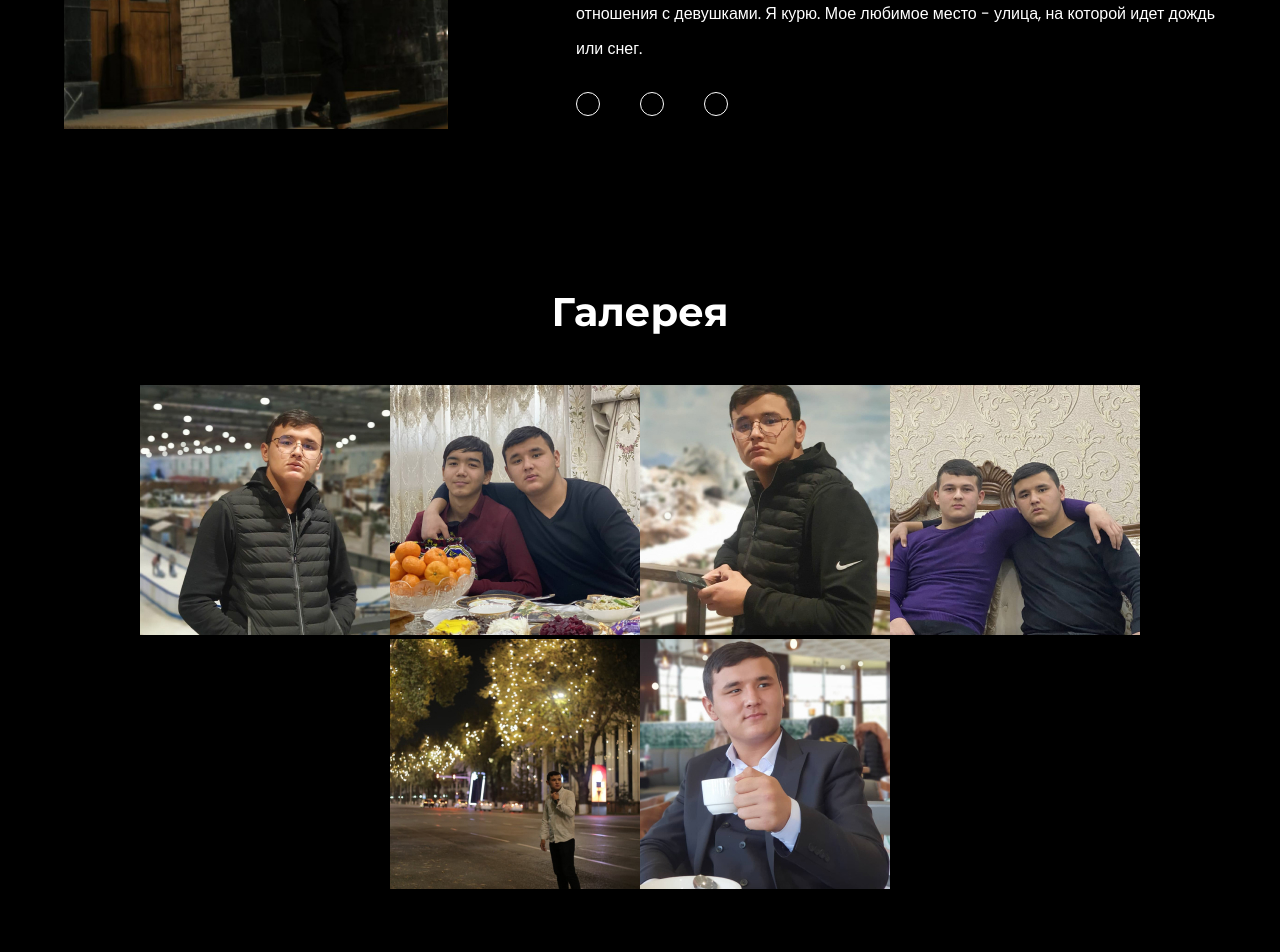
Repository: sardorexe/xishnik
Page: /
These files come from the project's save history. The page is drawn as it stood at one moment and after the next save; the edit follows.
The browser window is 1280 px wide. The pictures show the part of the page from y = 1208 to 2160 px (the page is 2160 px tall).
Some icons come from a web library that is not loaded, so they are not drawn. Some web libraries are served in a nearby version. The project was rebuilt for these pictures with package versions that can differ from the ones it lists, and the page was loaded fresh each time. Some packages were replaced by stand-ins written for this rebuild. The framework's server and built-in components were replaced by stand-ins that run in the browser. Also part of the build but not shown: next.config.js.

Above is the page before, as saved 2021-09-27 21:28:09.

After the next save:
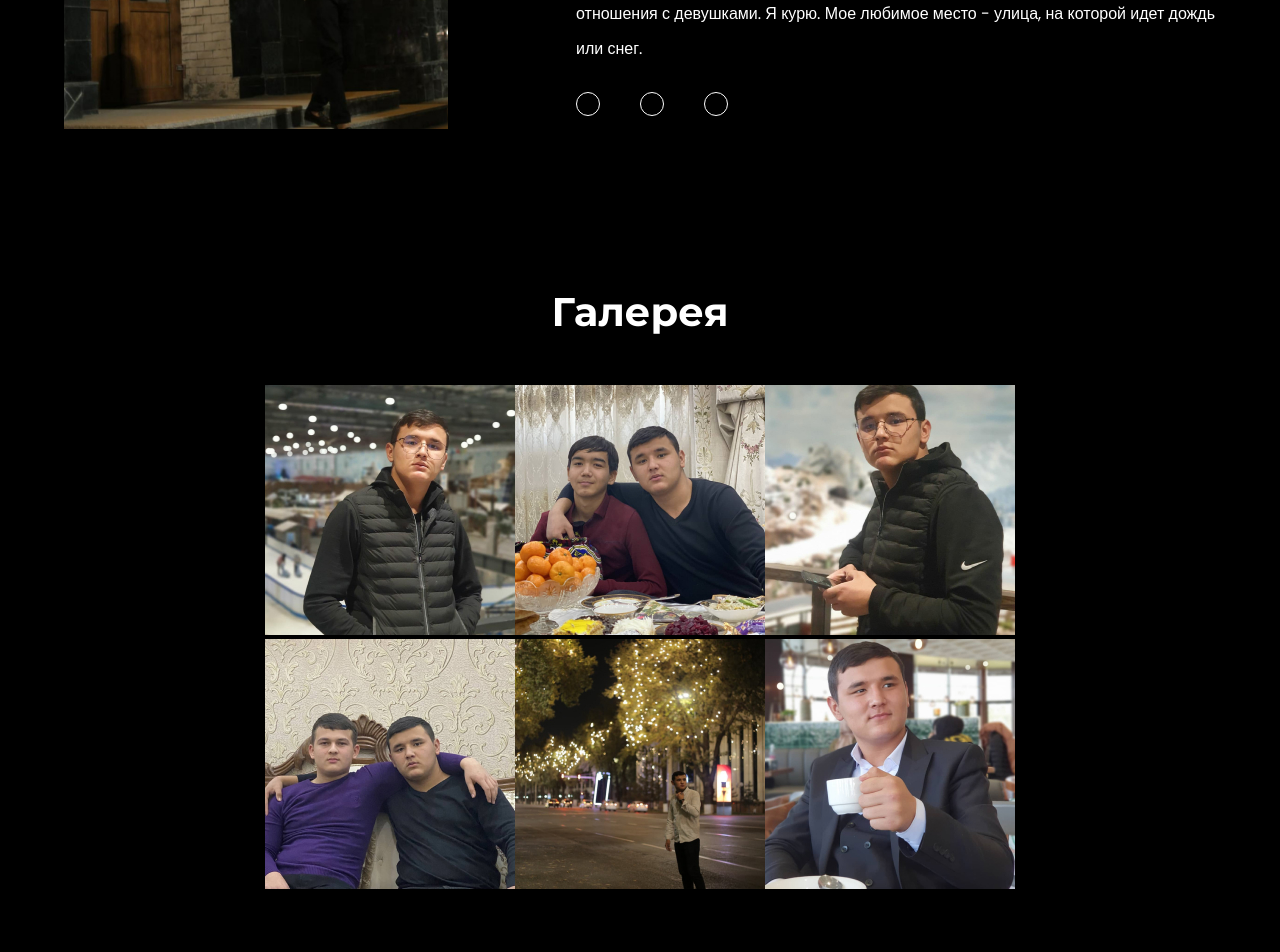
Saved 17 s later.
--- a/styles/Gallery.module.css
+++ b/styles/Gallery.module.css
@@ -17,7 +17,7 @@
 }
 
 .photos {
-  width: 90%;
+  width: 70%;
   display: flex;
   flex-direction: row;
   justify-content: center;
